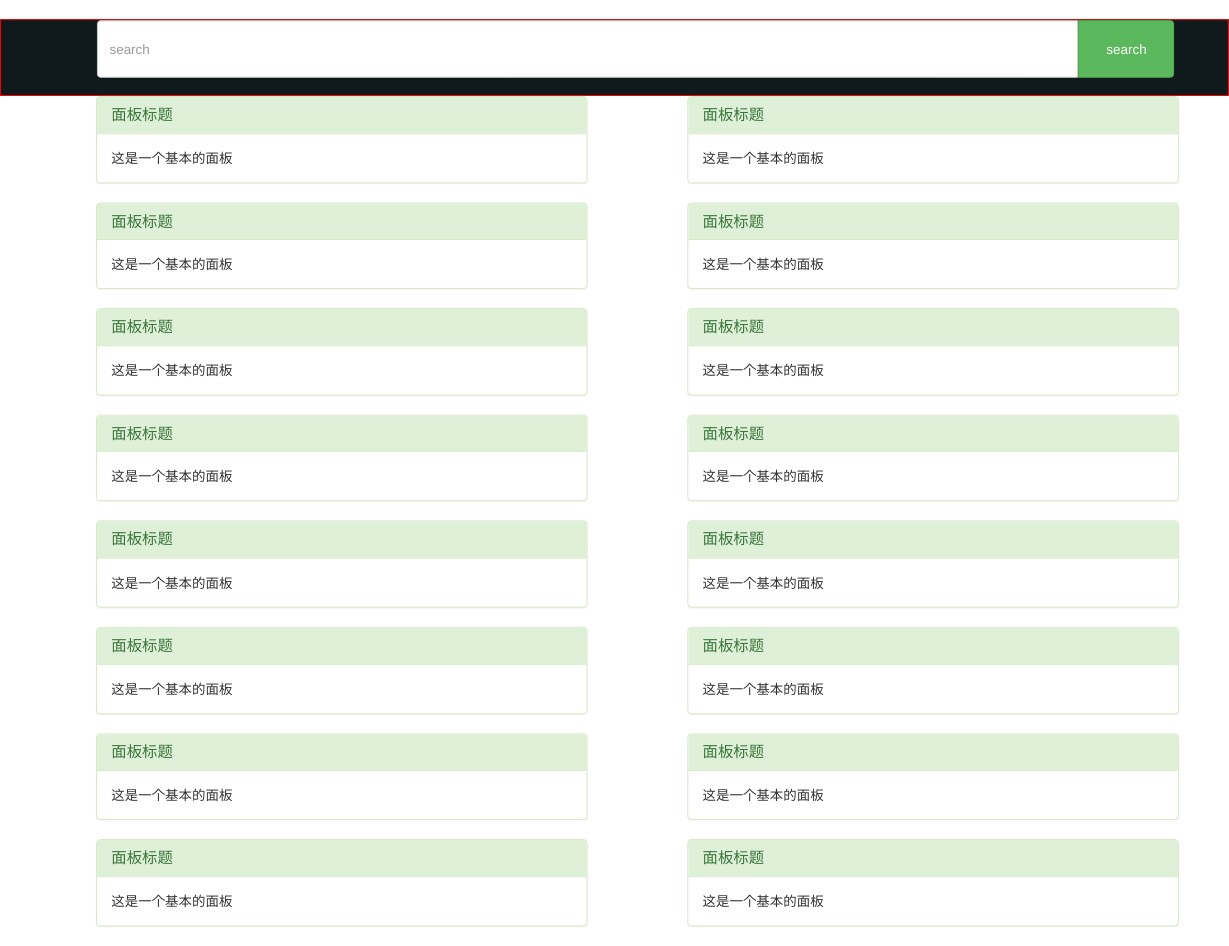
Repository: Tuzijing/Battlefield
Page: http://localhost/static/views/fram/fram.php
These files come from the project's save history. The page is drawn as it stood at one moment and after the next save; the edit follows.
The browser window is 1280 px wide. The pictures show the whole page, at 96% of full size.
The page is run by PHP 8.4 with error messages shown; the project is at /var/www/html/.

Above is the page before, as saved 2018-07-13 17:54:20.

### BattlefieldWebP/static/views/fram/fram.php
<!DOCTYPE html>
<html>
	<head>
		<meta charset="UTF-8">
		<title>BATTLEFIELD</title>
 		<!--
        	作者：offline
        	时间：2018-07-10
        	描述：引入公共前端配置文件
        -->
		<?php
			include "../common/encoding.php";
			include "../common/main_header.php";
		?>

		<link rel="stylesheet" href="../../common/css/fram/fram.css"/>

		<script type="text/javascript" src="../../common/js/fram/fram.js"></script>
	</head>
	<body>
		<div id="fram_container">
			<!-- 搜索框 -->
			<div id="fram_search">
				<div id="mask">
					<div class="input-group">
						<input type="text" class="form-control" placeholder="search">
						<button type="button" class="btn btn-success">search</button>
					</div>
				</div>
			</div>
			<div id="fram_categorys">
				<div  class="panel panel-success">
					<div class="panel-heading">
						<h3 class="panel-title">面板标题</h3>
					</div>
					<div class="panel-body">
						这是一个基本的面板
					</div>
				</div>

				<div  class="panel panel-success">
					<div class="panel-heading">
						<h3 class="panel-title">面板标题</h3>
					</div>
					<div class="panel-body">
						这是一个基本的面板
					</div>
				</div>
					<div  class="panel panel-success">
					<div class="panel-heading">
						<h3 class="panel-title">面板标题</h3>
					</div>
					<div class="panel-body">
						这是一个基本的面板
					</div>
				</div>
					<div  class="panel panel-success">
					<div class="panel-heading">
						<h3 class="panel-title">面板标题</h3>
					</div>
					<div class="panel-body">
						这是一个基本的面板
					</div>
				</div>




					<div  class="panel panel-success">
					<div class="panel-heading">
						<h3 class="panel-title">面板标题</h3>
					</div>
					<div class="panel-body">
						这是一个基本的面板
					</div>
				</div>
					<div  class="panel panel-success">
					<div class="panel-heading">
						<h3 class="panel-title">面板标题</h3>
					</div>
					<div class="panel-body">
						这是一个基本的面板
					</div>
				</div>	<div  class="panel panel-success">
					<div class="panel-heading">
						<h3 class="panel-title">面板标题</h3>
					</div>
					<div class="panel-body">
						这是一个基本的面板
					</div>
				</div>
					<div  class="panel panel-success">
					<div class="panel-heading">
						<h3 class="panel-title">面板标题</h3>
					</div>
					<div class="panel-body">
						这是一个基本的面板
					</div>
				</div>	<div  class="panel panel-success">
					<div class="panel-heading">
						<h3 class="panel-title">面板标题</h3>
					</div>
					<div class="panel-body">
						这是一个基本的面板
					</div>
				</div>
					<div  class="panel panel-success">
					<div class="panel-heading">
						<h3 class="panel-title">面板标题</h3>
					</div>
					<div class="panel-body">
						这是一个基本的面板
					</div>
				</div>	<div  class="panel panel-success">
					<div class="panel-heading">
						<h3 class="panel-title">面板标题</h3>
					</div>
					<div class="panel-body">
						这是一个基本的面板
					</div>
				</div>
					<div  class="panel panel-success">
					<div class="panel-heading">
						<h3 class="panel-title">面板标题</h3>
					</div>
					<div class="panel-body">
						这是一个基本的面板
					</div>
				</div>	<div  class="panel panel-success">
					<div class="panel-heading">
						<h3 class="panel-title">面板标题</h3>
					</div>
					<div class="panel-body">
						这是一个基本的面板
					</div>
				</div>
					<div  class="panel panel-success">
					<div class="panel-heading">
						<h3 class="panel-title">面板标题</h3>
					</div>
					<div class="panel-body">
						这是一个基本的面板
					</div>
				</div>	<div  class="panel panel-success">
					<div class="panel-heading">
						<h3 class="panel-title">面板标题</h3>
					</div>
					<div class="panel-body">
						这是一个基本的面板
					</div>
				</div>
					<div  class="panel panel-success">
					<div class="panel-heading">
						<h3 class="panel-title">面板标题</h3>
					</div>
					<div class="panel-body">
						这是一个基本的面板
					</div>
				</div>






			</div>
		</div>
	</body>
</html>

### BattlefieldWebP/static/views/common/encoding.php
<?php
	header("Content-type:text/html;charset=utf-8");
?>

### BattlefieldWebP/static/views/common/main_header.php
<html>
	<script type="text/javascript" src="../../common/js/jquery-3.1.1.min.js" ></script>
	<script type="text/javascript" src="../../common/js/bootstrap.js" ></script>
	<link rel="stylesheet" href="../../common/css/bootstrap.css"/>
	<script type="text/javascript" src="../../common/js/tools.js"></script>
	<?
		include "encoding.php";
	?>
</html>

### BattlefieldWebP/static/common/js/tools.js

/**
 * 获取浏览器的宽和高
 */
function getBrowserWidthAndHeight(){
	var arr = {width:0,height:0};
	try{
		var width = window.innerWidth;
		var height = window.innerHeight;
		arr["width"] = width;
		arr["height"] = height;
	}catch(err){
		console.log("get browser width and height err",err);
	}
	return arr;
}


/**
 * 根据id居中设置
 * lableById:需要居中的标签
 * width:宽度
 * height:高度
 * offsetWidth：宽度偏移量
 * offsetHeigt：高度偏移量
 */
function center(lableById,width,height,offsetWidth,offsetHeigt){
	try{
		var helf_width = width/2-offsetWidth; //总宽度除以2减上宽度偏移量
		var helf_height = height/2-offsetHeigt; //总高度除以2减上高度偏移量
		document.getElementById(lableById).style.marginLeft = helf_width+"px";
		document.getElementById(lableById).style.marginTop = +helf_height+"px";
	}catch(err){
		console.log("set lableNameById:"+(lableNameById === undefined?"undefined":lableNameById)+" centering failure ",err);
	}
}

### BattlefieldWebP/static/common/css/fram/fram.css
@CHARSET "UTF-8";

body{

	padding-top: 0px;
}

/*fram 容器*/
#fram_container{
	margin-top:0px;
	width: 100%;
	height: 100%;
}

/*搜索框*/
#fram_search{
	margin-top:0px;
	width: 100%;
	height: 70px;
}
#mask{
	margin-top:0px;
	width: 100%;
	height: 80px;
	position: fixed;
	z-index:-1;
	border:1px solid red;
	background-color: #101a1d;
}

.input-group{
	margin-left:100px;
	width:80%;
	height: 60px;
}

.input-group input{
	border-top-right-radius:0px;
	border-bottom-right-radius:0xp;
	height: 60px;
}
.input-group button {
	position: absolute;/*采用绝对定位 取消换行*/
	border-top-left-radius:0px;
	border-bottom-left-radius:0px;
	height: 60px;
	width: 100px;
}


#fram_categorys {
	margin-top: 10px;
}
#fram_categorys .panel{
	display:inline-block;
	margin-left:100px;
	width: 40%;
}

### BattlefieldWebP/static/common/js/fram/fram.js
/**
 * fram 运行脚本
 */

Loaded but not shown: BattlefieldWebP/static/common/js/jquery-3.1.1.min.js (library); BattlefieldWebP/static/common/js/bootstrap.js (library); BattlefieldWebP/static/common/css/bootstrap.css (library)

After the next save:
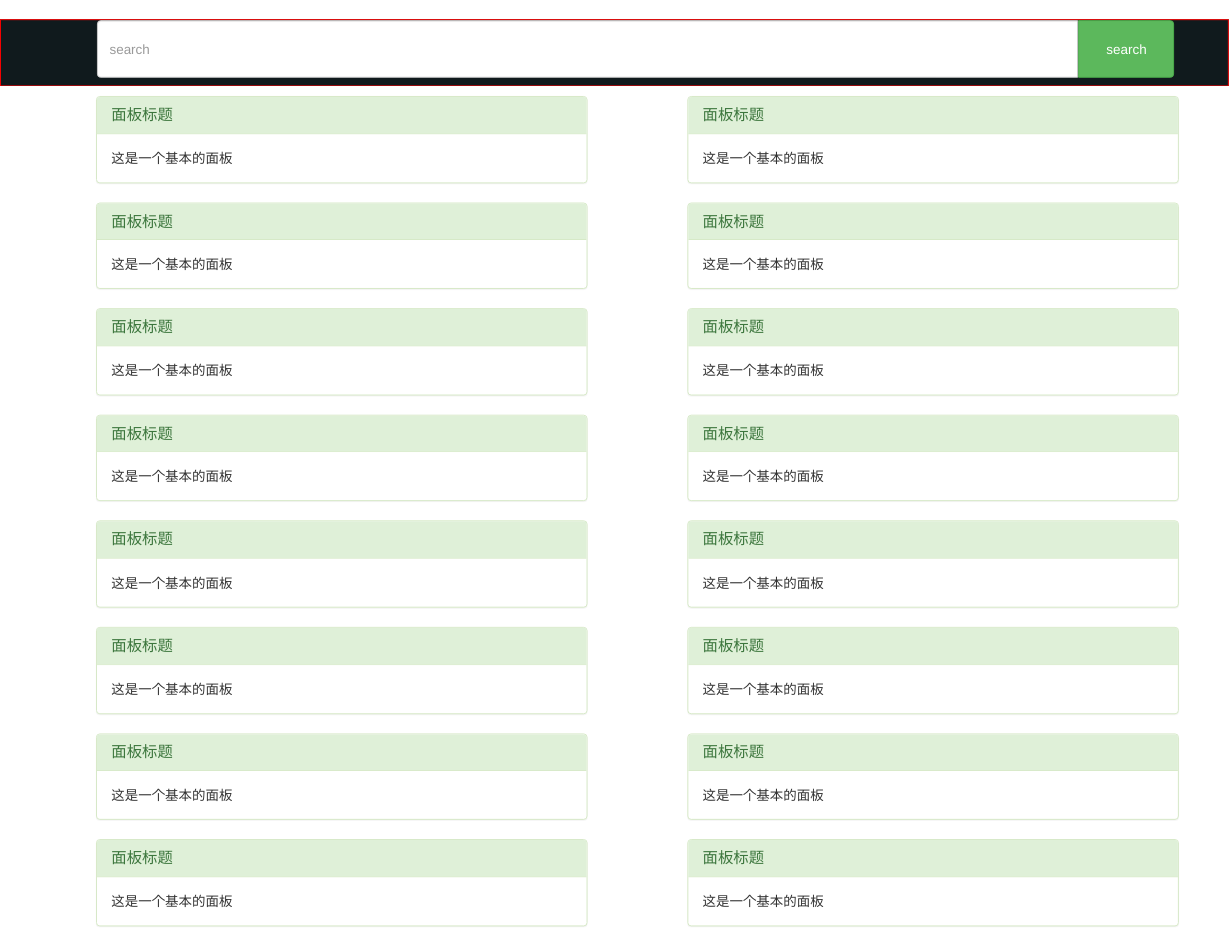
Saved 8 s later.
--- a/BattlefieldWebP/static/common/css/fram/fram.css
+++ b/BattlefieldWebP/static/common/css/fram/fram.css
@@ -21,7 +21,7 @@
 #mask{
 	margin-top:0px;
 	width: 100%;
-	height: 80px;
+	height: 70px;
 	position: fixed;
 	z-index:-1;
 	border:1px solid red;
